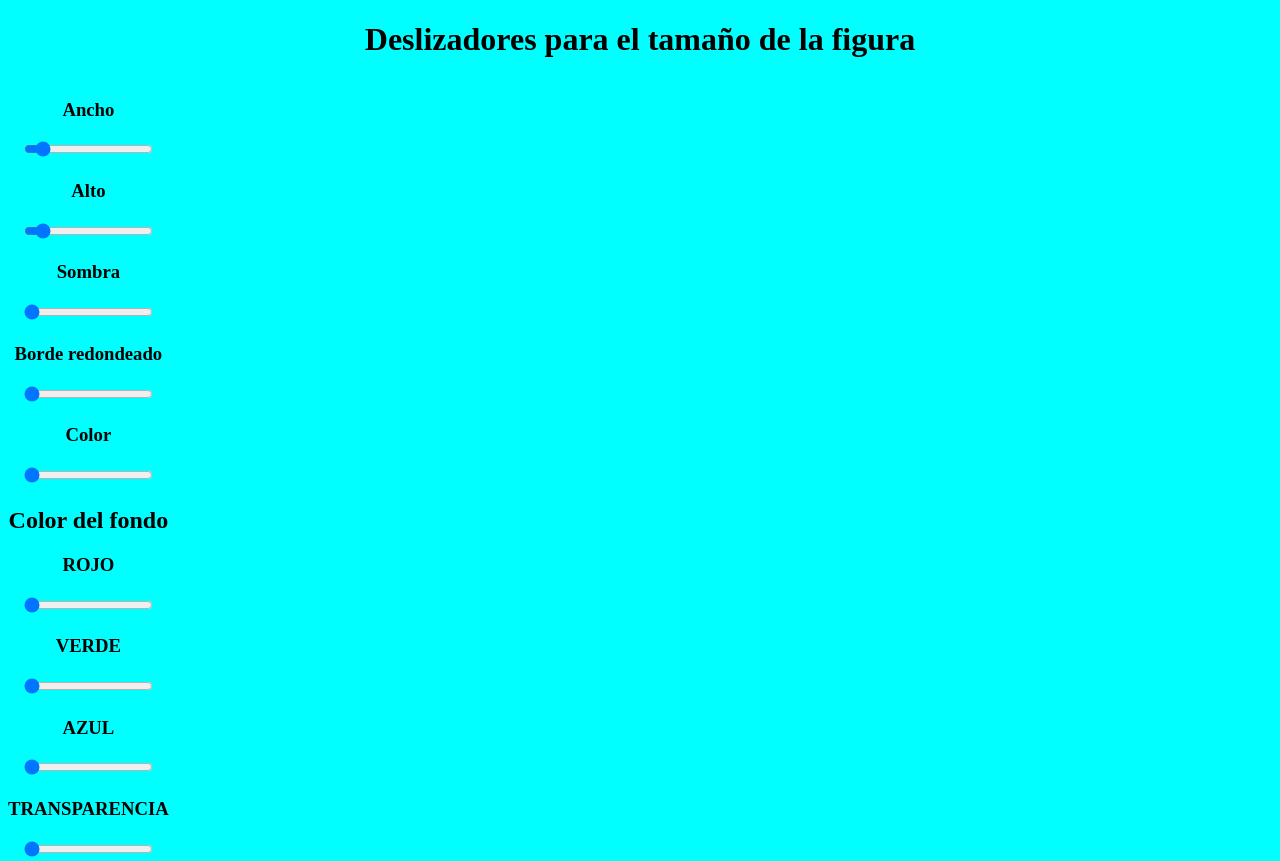
Repository: Kevin8548/Ejercicios-DOM
Page: Deslizador.html
An editor plug-in stored every save of this project. The page is shown before and after the next save, followed by the edit.
The browser window is 1280 px wide. The pictures show the whole page.

Above is the page before, as saved 2024-10-09 00:32:09.

After the next save:
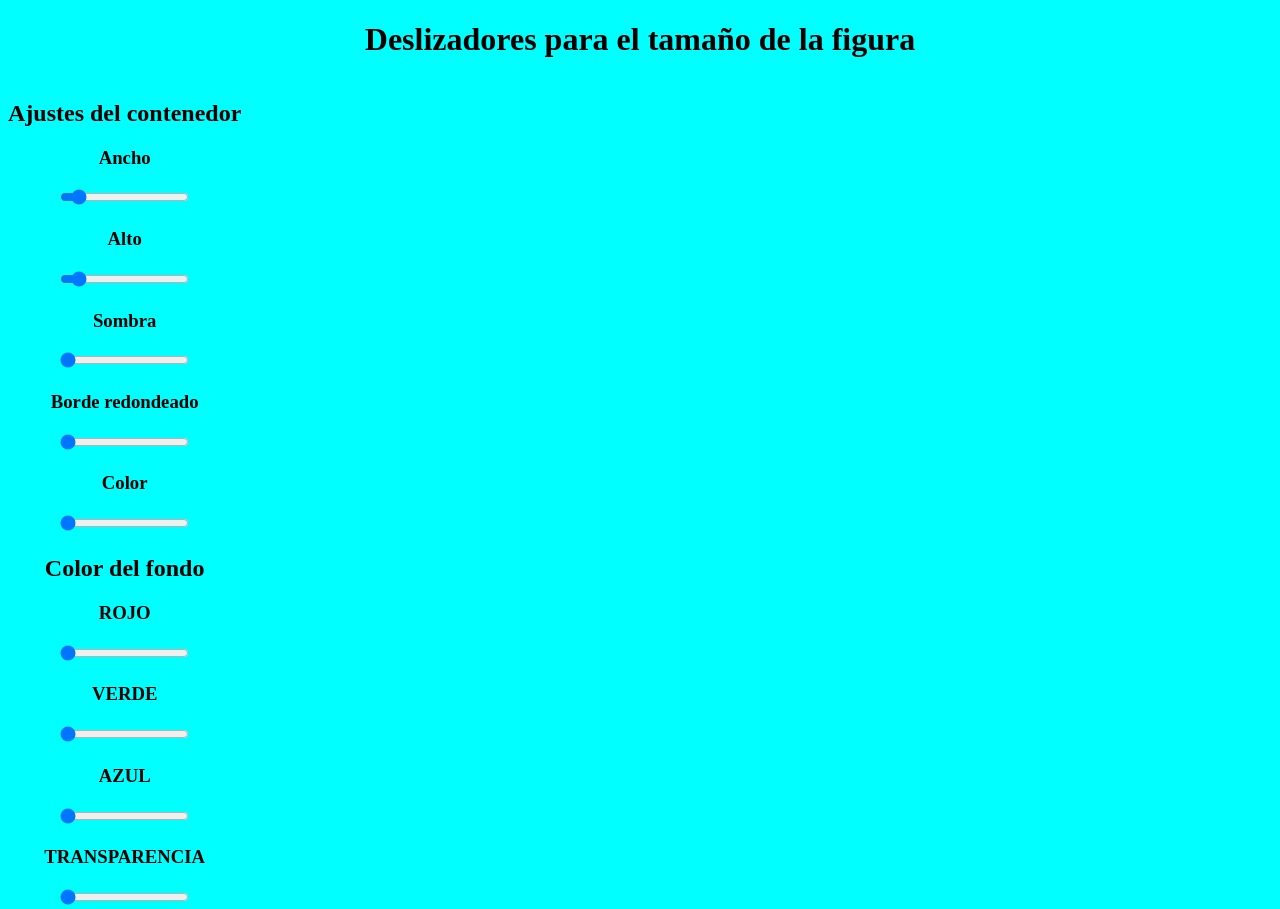
Saved 18 s later.
--- a/Deslizador.html
+++ b/Deslizador.html
@@ -9,6 +9,7 @@
 <body>
     <h1>Deslizadores para el tamaño de la figura</h1>
     <div class="si">
+        <h2>Ajustes del contenedor</h2>
         <h3>Ancho</h3>
         <input type="range" id="sliderAncho" min="0" max="1000" value="100" step="1">
         <h3>Alto</h3>
